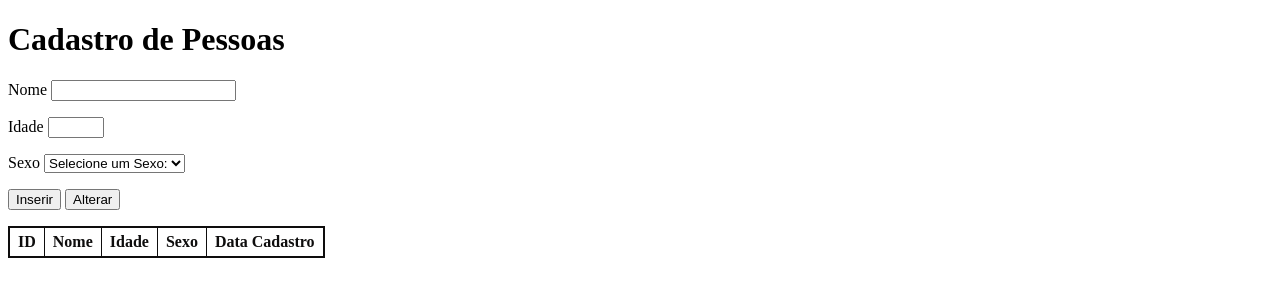
Repository: willisabino/Cadastrar-Pessoas
Page: http://localhost/cadastrarPessoas2/pessoaservlet
These files come from the project's save history. The page is drawn as it stood at one moment and after the next save; the edit follows.
The browser window is 1280 px wide. The pictures show the whole page.
The page is served by Tomcat 9. Queries for data that is not in the repository find no rows.

Above is the page before, as saved 2022-05-22 05:07:14.

After the next save:
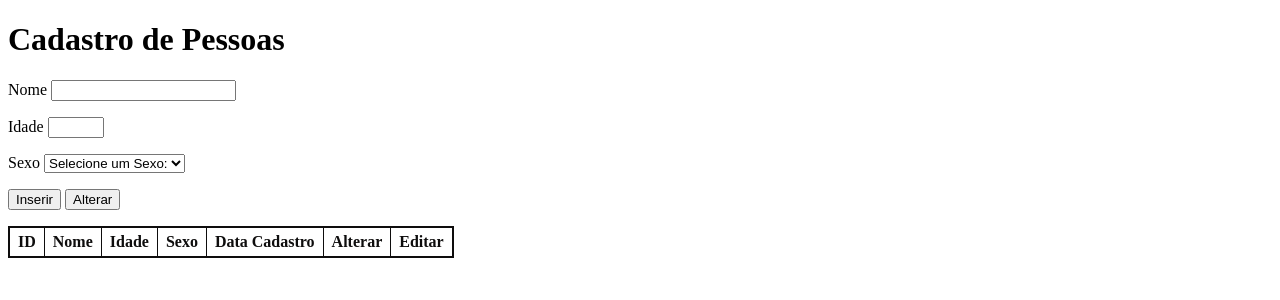
Saved 69 s later.
--- a/cadastrarPessoas2/src/main/webapp/index.jsp
+++ b/cadastrarPessoas2/src/main/webapp/index.jsp
@@ -53,6 +53,8 @@
 				<th>Idade</th>
 				<th>Sexo</th>
 				<th>Data Cadastro</th>
+				<th>Alterar</th>
+				<th>Editar</th>
 			</tr>
 		</thead>
 		<tbody>
@@ -63,8 +65,9 @@
 					<td>${ listaPessoas.nome }</td>
 					<td>${ listaPessoas.idade }</td>
 					<td>${ listaPessoas.sexo }</td>
-
 					<td><fmt:formatDate value="${ listaPessoas.dataCadastro }" pattern="dd/MM/yyy"/></td>
+					<td>O</td>
+					<td>X</td>
 				</tr>
 
 			</c:forEach>
